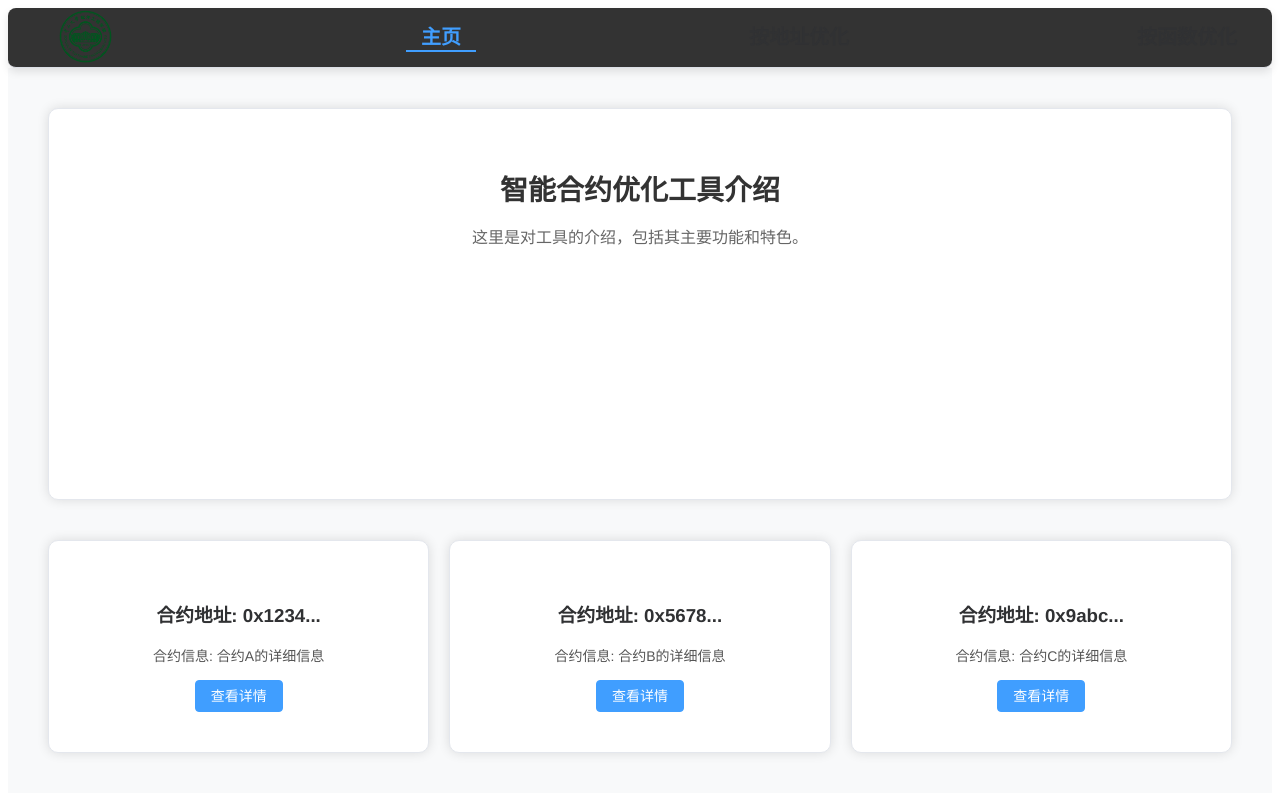
Repository: syckcoding/SmartHalo
Page: /
The author's editor kept a copy of each file at every save. The page is drawn from the files as they stood at one save, then again after the next save.
The browser window is 1280 px wide. The pictures show the whole page.
The project was rebuilt for these pictures with package versions that can differ from the ones it lists, and the page was loaded fresh each time. Also part of the build but not shown: vite.config.js, src/views/Detail.vue.

Above is the page before, as saved 2024-10-05 10:55:30.

### src/main.js
import { createApp } from 'vue';
import App from './App.vue';
import router from './router';
import ElementPlus from 'element-plus';
import 'element-plus/dist/index.css';

createApp(App).use(router).use(ElementPlus).mount('#app');

### src/App.vue
<template>
  <div id="app">
    <Navbar />
    <router-view />
  </div>
</template>

<script>
import Navbar from './components/Navbar.vue';

export default {
  components: {
    Navbar,
  },
};
</script>

<style>
/* 样式设置 */
#app {
  font-family: Avenir, Helvetica, Arial, sans-serif;
  text-align: center;
  color: #2c3e50;
}
</style>

### src/router/index.js
import { createRouter, createWebHistory } from 'vue-router';
import Home from '../views/Home.vue';
import Detail from '../views/Detail.vue';

const routes = [
  { path: '/', name: 'Home', component: Home },
  { path: '/detail/:id', name: 'Detail', component: Detail, props: true },
];

const router = createRouter({
  history: createWebHistory(process.env.BASE_URL),
  routes,
});

export default router;

### src/components/Navbar.vue
<template>
  <el-menu :default-active="activeIndex" class="el-menu-demo" mode="horizontal">
    <el-menu-item index="0" class="logo-item">
      <img src="@/assets/intro-image.png" alt="工具LOGO" class="intro-logo" />
    </el-menu-item>
    <el-menu-item index="1" @click="goToHome" class="menu-item">主页</el-menu-item>
    <el-menu-item index="2" @click="goToAddressOptimization" class="menu-item">按地址优化</el-menu-item>
    <el-menu-item index="3" @click="goToFunctionOptimization" class="menu-item">按函数优化</el-menu-item>
  </el-menu>
</template>

<script>
export default {
  data() {
    return {
      activeIndex: '1',
    };
  },
  methods: {
    goToHome() {
      this.$router.push({ name: 'Home' });
    },
    goToAddressOptimization() {
      this.$router.push({ name: 'Detail', params: { mode: 'address' } });
    },
    goToFunctionOptimization() {
      this.$router.push({ name: 'Detail', params: { mode: 'function' } });
    },
  },
};
</script>

<style scoped>
.el-menu-demo {
  background-color: #333;
  color: #fff;
  padding: 15px 20px;
  display: flex;
  align-items: center;
  justify-content: space-between;
  position: relative;
  box-shadow: 0 4px 8px rgba(0, 0, 0, 0.1);  /* 添加阴影效果提高视觉层次 */
  border-bottom: 3px solid #2196f3;  /* 底部添加蓝色线条区分 */
  border-radius: 8px;
}

.logo-item {
  pointer-events: none;
  position: relative;
  left: 10px;
  z-index: 10;
}

.intro-logo {
  width: 55px;
  height: 55px;
  margin-right: 25px;
}

.menu-item {
  color: #fff;
  font-size: 20px;  /* 字体稍微调大一点 */
  font-weight: bold;  /* 字体调粗一点 */
  padding: 0 15px;
  transition: color 0.3s ease;
}

.menu-item:hover {
  color: #66b1ff;  /* 悬停时改变字体颜色使其更具交互性 */
}

.menu-right {
  display: flex;
  gap: 30px;
}
</style>

### src/views/Home.vue
<template>
    <div>
      <HomePage />
    </div>
  </template>

  <script>
  import HomePage from '../components/HomePage.vue';

  export default {
    components: {
      HomePage,
    },
  };
  </script>

  <style scoped>
  /* 可根据需要添加样式 */
  </style>

### src/components/HomePage.vue
<template>
  <div class="home">
    <el-row :gutter="20" class="intro-section">
      <el-col :span="24">
        <el-card class="intro-card">
          <h1 class="intro-title">智能合约优化工具介绍</h1>
          <p class="intro-description">这里是对工具的介绍，包括其主要功能和特色。</p>
        </el-card>
      </el-col>
    </el-row>

    <el-row :gutter="20" class="contracts">
      <el-col :span="8" v-for="contract in contracts" :key="contract.id">
        <el-card class="box-card">
          <div class="card-header">
            <h3>合约地址: {{ contract.address }}</h3>
          </div>
          <div class="card-content">
            <p>合约信息: {{ contract.info }}</p>
          </div>
          <div class="card-actions center-button">
            <el-button type="primary" @click="viewDetails(contract.id)">查看详情</el-button>
          </div>
        </el-card>
      </el-col>
    </el-row>
  </div>
</template>

<script>
export default {
  data() {
    return {
      contracts: [
        { id: 1, address: '0x1234...', info: '合约A的详细信息' },
        { id: 2, address: '0x5678...', info: '合约B的详细信息' },
        { id: 3, address: '0x9abc...', info: '合约C的详细信息' },
      ],
    };
  },
  methods: {
    viewDetails(contractId) {
      this.$router.push({ name: 'Detail', params: { id: contractId } });
    },
  },
};
</script>

<style scoped>
.home {
  padding: 40px;
  background-color: #f8f9fa;
}
.intro-section {
  margin-bottom: 40px;
}
.intro-card {
  padding: 20px;
  min-height: 350px;
  background-color: #ffffff;
  border-radius: 10px;
  box-shadow: 0 4px 8px rgba(0, 0, 0, 0.1);
}
.intro-title {
  font-size: 28px;
  font-weight: bold;
  color: #333;
  margin-bottom: 10px;
}
.intro-description {
  font-size: 16px;
  color: #666;
}
.contracts {
  margin-top: 20px;
}
.box-card {
  padding: 20px;
  background-color: #ffffff;
  border-radius: 10px;
  box-shadow: 0 4px 8px rgba(0, 0, 0, 0.1);
  transition: transform 0.3s ease;
}
.box-card:hover {
  transform: translateY(-5px);
}
.card-header {
  margin-bottom: 10px;
}
.card-content {
  font-size: 14px;
  color: #555;
  margin-bottom: 15px;
}
.card-actions {
  text-align: center;
  display: flex;
  justify-content: center;
  align-items: center;
}
.center-button {
  margin-top: 15px;
}
.el-button {
  background-color: #409eff;
  border-color: #409eff;
  color: #ffffff;
}
.el-button:hover {
  background-color: #66b1ff;
  border-color: #66b1ff;
}
</style>

Loaded but not shown: index.html (common file)

After the next save:
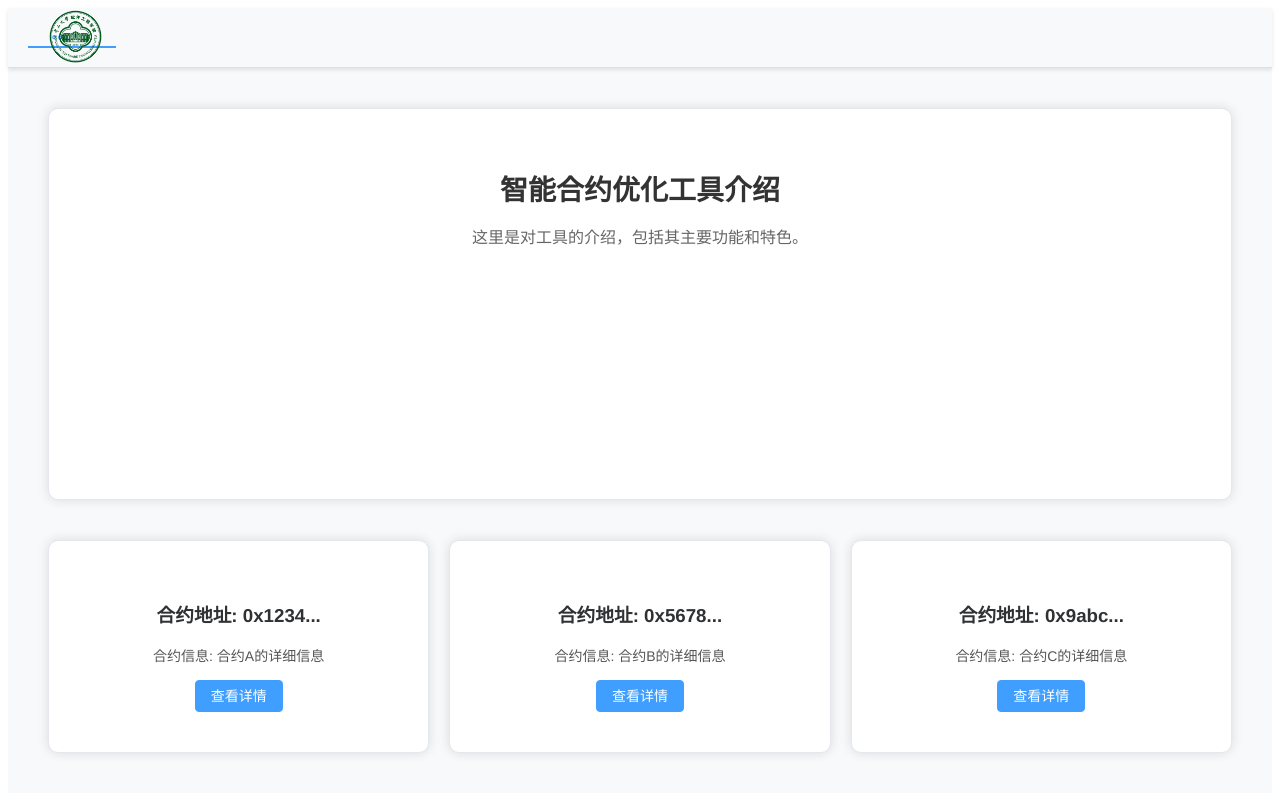
Saved 104 s later.
--- a/src/components/Navbar.vue
+++ b/src/components/Navbar.vue
@@ -3,9 +3,11 @@
     <el-menu-item index="0" class="logo-item">
       <img src="@/assets/intro-image.png" alt="工具LOGO" class="intro-logo" />
     </el-menu-item>
-    <el-menu-item index="1" @click="goToHome" class="menu-item">主页</el-menu-item>
-    <el-menu-item index="2" @click="goToAddressOptimization" class="menu-item">按地址优化</el-menu-item>
-    <el-menu-item index="3" @click="goToFunctionOptimization" class="menu-item">按函数优化</el-menu-item>
+    <div class="menu-right">
+      <el-menu-item index="1" @click="goToHome" class="menu-item">主页</el-menu-item>
+      <el-menu-item index="2" @click="goToAddressOptimization" class="menu-item">按地址优化</el-menu-item>
+      <el-menu-item index="3" @click="goToFunctionOptimization" class="menu-item">按函数优化</el-menu-item>
+    </div>
   </el-menu>
 </template>
 
@@ -32,45 +34,45 @@ export default {
 
 <style scoped>
 .el-menu-demo {
-  background-color: #333;
-  color: #fff;
+  background-color: #f8f9fa;  /* 浅灰色背景，与主页阴影一致 */
+  color: #333;
   padding: 15px 20px;
   display: flex;
   align-items: center;
   justify-content: space-between;
   position: relative;
-  box-shadow: 0 4px 8px rgba(0, 0, 0, 0.1);  /* 添加阴影效果提高视觉层次 */
-  border-bottom: 3px solid #2196f3;  /* 底部添加蓝色线条区分 */
-  border-radius: 8px;
+  box-shadow: 0 2px 4px rgba(0, 0, 0, 0.1);  /* 浅灰色阴影效果 */
+  border-bottom: 2px solid #2196f3;  /* 底部蓝色线条区分 */
 }
 
 .logo-item {
   pointer-events: none;
-  position: relative;
-  left: 10px;
-  z-index: 10;
+  position: absolute;
+  left: 20px;
+  z-index: 10;  /* 保证logo始终在最外层 */
 }
 
 .intro-logo {
   width: 55px;
   height: 55px;
-  margin-right: 25px;
+  margin-right: 20px;
 }
 
 .menu-item {
-  color: #fff;
-  font-size: 20px;  /* 字体稍微调大一点 */
+  color: #333;
+  font-size: 18px;  /* 字体稍微调大一点 */
   font-weight: bold;  /* 字体调粗一点 */
-  padding: 0 15px;
+  padding: 0 20px;
   transition: color 0.3s ease;
 }
 
 .menu-item:hover {
-  color: #66b1ff;  /* 悬停时改变字体颜色使其更具交互性 */
+  color: #2196f3;  /* 悬停时改变字体颜色为蓝色，增强交互性 */
 }
 
 .menu-right {
   display: flex;
   gap: 30px;
+  margin-left: auto;
 }
 </style>
